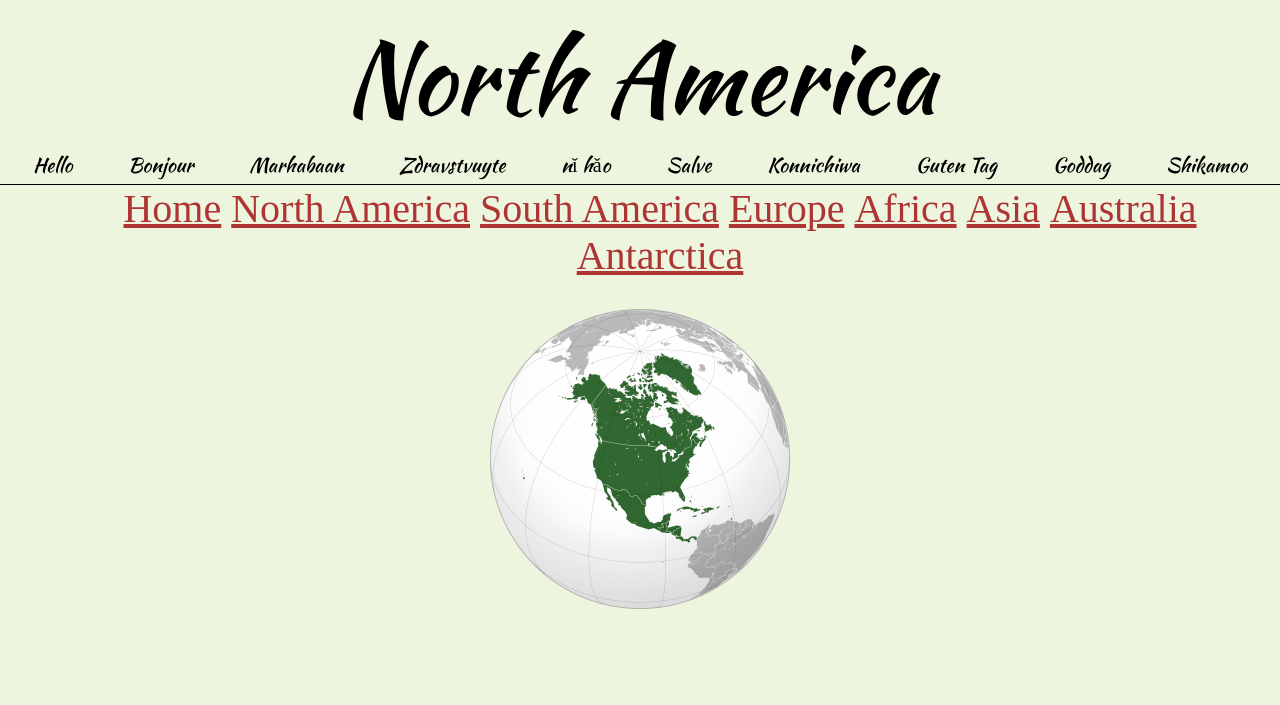
Repository: alharama/StaticWebsite
Page: na_page.html
The author's editor kept a copy of each file at every save. The page is drawn from the files as they stood at one save, then again after the next save.
The browser window is 1280 px wide. The pictures show the whole page.

Above is the page before, as saved 2021-09-20 23:37:30.

After the next save:
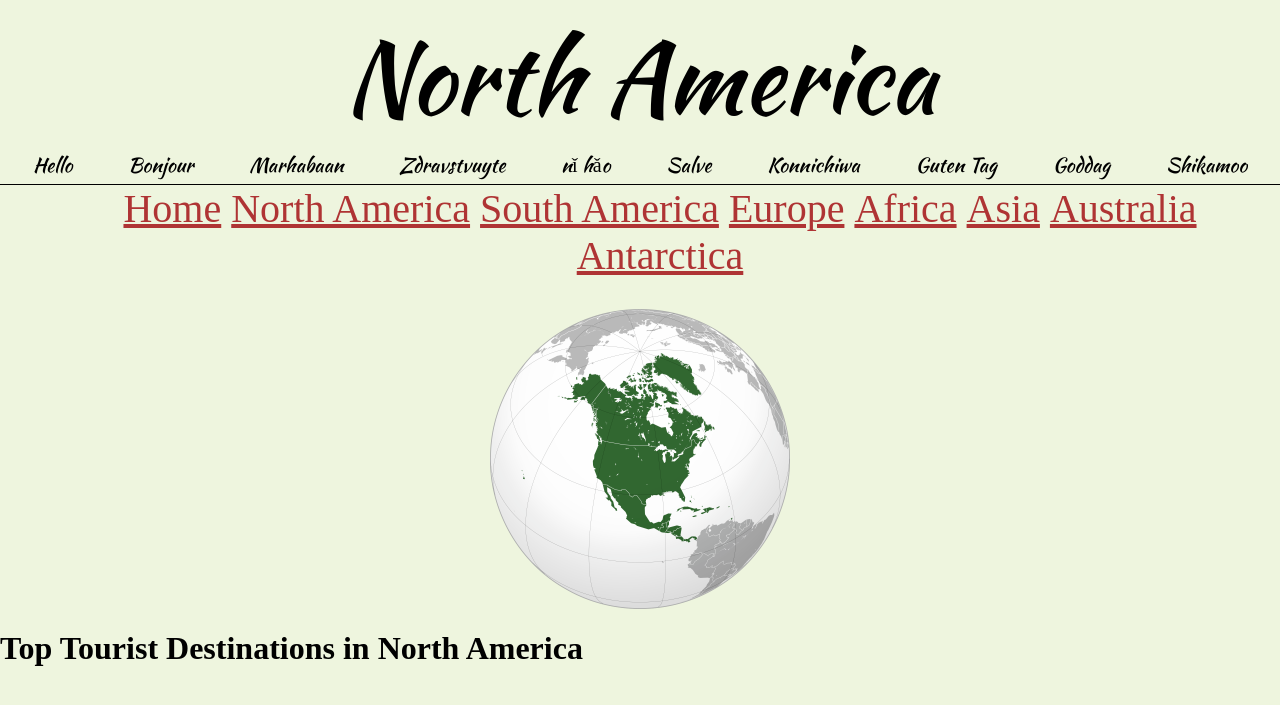
Saved 8 days later.
--- a/na_page.html
+++ b/na_page.html
@@ -109,6 +109,9 @@
         <img id="na" src="NorthAmerica.png" alt="North america">
 
 
+        <h1> Top Tourist Destinations in North America</h1>
+
+
 
 
 
